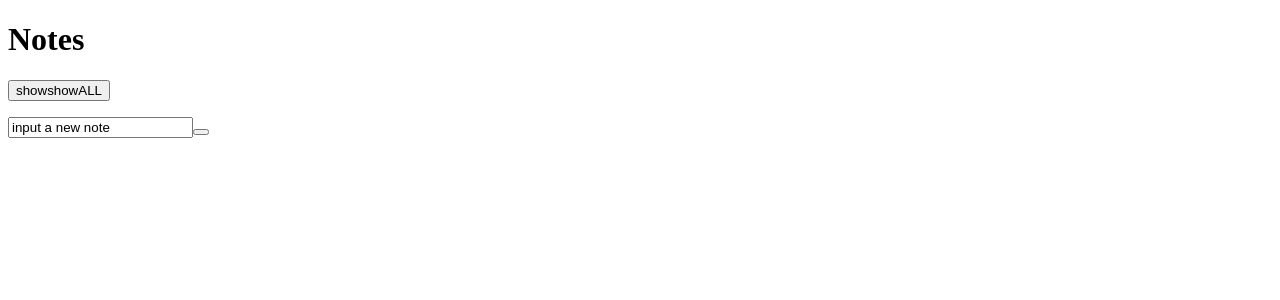
Repository: 2Lavine/fullstack
Page: / (app in part2/)
An editor plug-in stored every save of this project. The page is shown before and after the next save, followed by the edit.
The browser window is 1280 px wide. The pictures show the whole page.
The project was rebuilt for these pictures with package versions that can differ from the ones it lists, and the page was loaded fresh each time.

Above is the page before, as saved 2020-09-06 12:40:53.

After the next save:
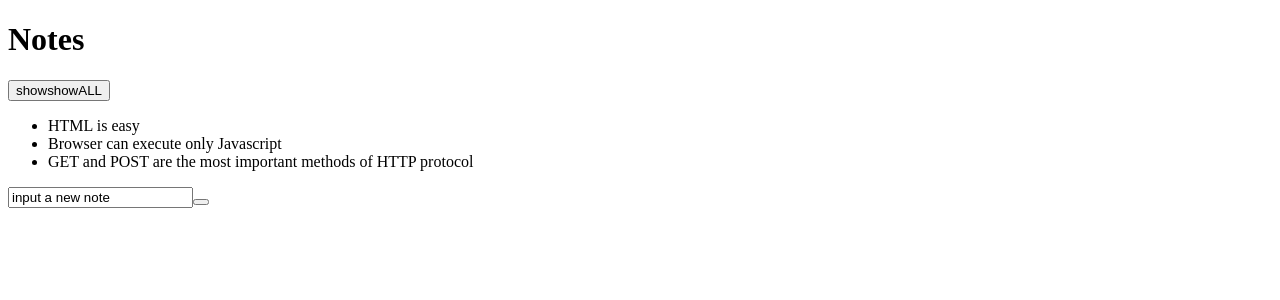
Saved 2 min 3 s later.
--- a/part2/src/App.js
+++ b/part2/src/App.js
@@ -34,9 +34,9 @@ const App = (props) => {
         </button>
       </div>
       <ul>
-        {notesToShow.map((note) => {
-          <Note note={note} key={note.id}></Note>;
-        })}
+        {notesToShow.map((note) => (
+          <Note note={note} key={note.id}></Note>
+        ))}
       </ul>
       <form onSubmit={addNote}>
         <input value={newNote} onChange={handleNoteChange}></input>
